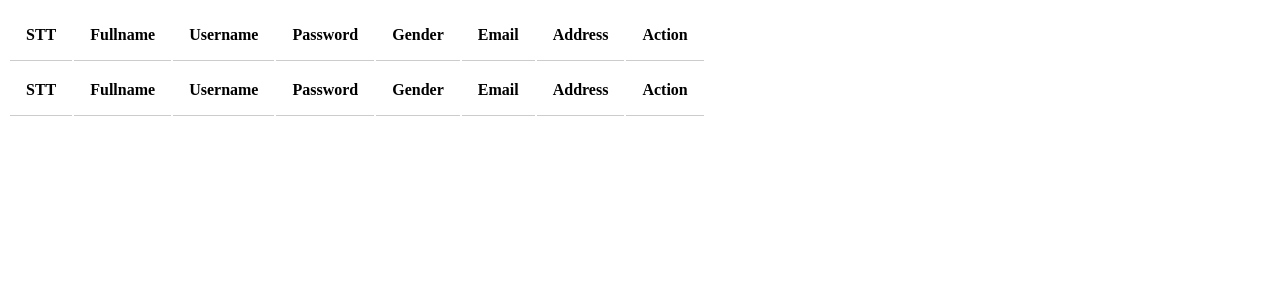
Repository: tung1233hhhhhhhhhhhhh/shoppingcart
Page: http://localhost/admin/user.php
The author's editor kept a copy of each file at every save. The page is drawn from the files as they stood at one save, then again after the next save.
The browser window is 1280 px wide. The pictures show the whole page.
The page is run by PHP 8.4 with error messages shown; the project is at /var/www/html/. Queries for data that is not in the repository find no rows.

Above is the page before, as saved 2023-07-28 15:07:00.

### admin/user.php
<?php

    require '../admin/database.php';


?>

<!DOCTYPE html>
<html lang="en">

<head>
    <meta charset="UTF-8">
    <meta name="viewport" content="width=device-width, initial-scale=1.0">
    <title>Document</title>
</head>


<style>
    th ,td{
        padding: 1rem;
        border-bottom: 1px solid #ccc;
    }

    tr:nth-child(even){
        background-color: #ccc;
    }
</style>

<body>

    <table border="0">
        <thead>
        <tr>
            <th>STT</th>
            <th>Fullname</th>
            <th>Username</th>
            <th>Password</th>
            <th>Gender</th>
            <th>Email</th>
            <th>Address</th>
            <th>Action</th>
        </tr>
        </thead>
        <tbody>
        <?php

    $sql = $conn->query("SELECT * FROM tbl_users");

    $sql->execute();


        while ($row=$sql->fetch()) {
       echo"
        <tr>
            <td>$row[id]</td>
            <td>$row[fullname]</td>
            <td>$row[username]</td>
            <td>$row[password]</td>
            <td>$row[gender]</td>
            <td>$row[email]</td>
            <td>$row[address]</td>
            <td>
            <a>edit</a> /
            <a>delete</a>
            </td>
        </tr>
        ";
        }


        ?>
        </tbody>



    </table>

    <table class="table table-striped">
          <thead>
            <tr>
            <th scope="col">STT</th>
            <th scope="col">Fullname</th>
            <th scope="col">Username</th>
            <th scope="col">Password</th>
            <th scope="col">Gender</th>
            <th scope="col">Email</th>
            <th scope="col">Address</th>
            <th scope="col">Action</th>
            </tr>
          </thead>
          <tbody>

          <?php

            $sql = $conn->query("SELECT * FROM tbl_users");

            $sql->execute();


            while ($row=$sql->fetch()) {
                echo"
                <tr>
                    <th scope='row'>$row[id]</th>
                    <td>$row[fullname]</td>
                    <td>$row[username]</td>
                    <td>$row[password]</td>
                    <td>$row[gender]</td>
                    <td>$row[email]</td>
                    <td>$row[address]</td>
                    <td>
                    <a>edit</a> /
                    <a>delete</a>
                    </td>
                </tr>
                ";
                }
                ?>

          </tbody>
        </table>

</body>

</html>

### admin/database.php
<?php
$dsn = "mysql:host=localhost;dbname=website";
$user = "root";
$pass = "";

try {
    $conn = new PDO($dsn,$user,$pass);
} catch (PDOException $e) {
    echo $e->getMessage();
}

?>

After the next save:
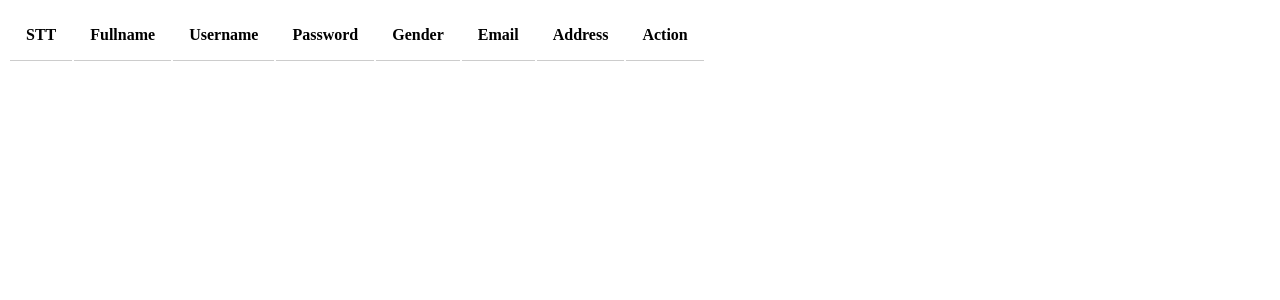
Saved 46 s later.
--- a/admin/user.php
+++ b/admin/user.php
@@ -28,52 +28,6 @@
 
 <body>
 
-    <table border="0">
-        <thead>
-        <tr>
-            <th>STT</th>
-            <th>Fullname</th>
-            <th>Username</th>
-            <th>Password</th>
-            <th>Gender</th>
-            <th>Email</th>
-            <th>Address</th>
-            <th>Action</th>
-        </tr>
-        </thead>
-        <tbody>
-        <?php
-
-    $sql = $conn->query("SELECT * FROM tbl_users");
-
-    $sql->execute();
-
-
-        while ($row=$sql->fetch()) {
-       echo"
-        <tr>
-            <td>$row[id]</td>
-            <td>$row[fullname]</td>
-            <td>$row[username]</td>
-            <td>$row[password]</td>
-            <td>$row[gender]</td>
-            <td>$row[email]</td>
-            <td>$row[address]</td>
-            <td>
-            <a>edit</a> /
-            <a>delete</a>
-            </td>
-        </tr>
-        ";
-        }
-
-
-        ?>
-        </tbody>
-
-
-
-    </table>
 
     <table class="table table-striped">
           <thead>
